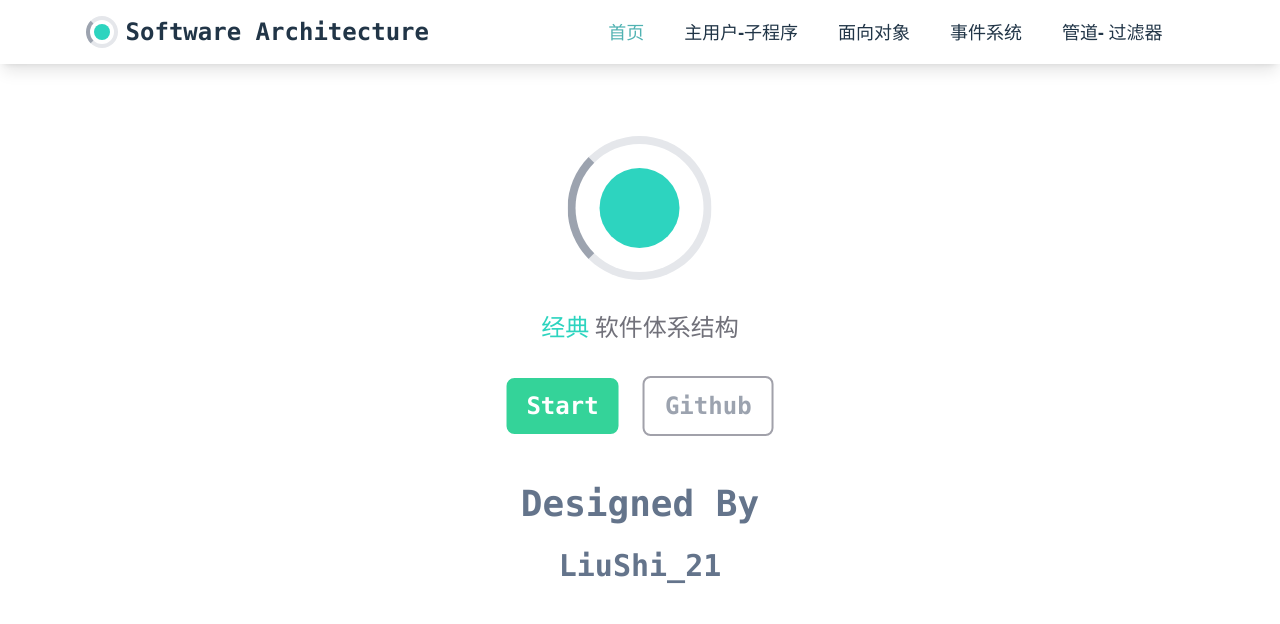
Repository: MarchRory/software_architecture_lab2
Page: / (app in lab2/)
These files come from the project's save history. The page is drawn as it stood at one moment and after the next save; the edit follows.
The browser window is 1280 px wide. The pictures show the whole page.
The project was rebuilt for these pictures with package versions that can differ from the ones it lists, and the page was loaded fresh each time. Also part of the build but not shown: lab2/vite.config.ts. Imported but missing from the stored project, and not drawn on this page: lab2/src/views/OOP/index.vue, lab2/src/views/PipFilter/index.vue, lab2/src/views/eventsSys/index.vue, lab2/src/views/mainChild/index.vue.

Above is the page before, as saved 2023-11-17 21:46:27.

### lab2/index.html
<!Doctype html>
<html lang="en">
  <head>
    <meta charset="UTF-8" />
    <link rel="icon" type="image/svg+xml" href="/vite.svg" />
    <meta name="viewport" content="width=device-width, initial-scale=1.0" />
    <title>经典软件体系结构</title>
  </head>
  <body>
    <div id="app"></div>
    <script type="module" src="/src/main.ts"></script>
  </body>
</html>

### lab2/src/main.ts
import { createApp } from 'vue'
import './style.css'
import './style/index.css'
import hljs from 'highlight.js/lib/core'
import 'highlight.js/styles/androidstudio.css'
import java from 'highlight.js/lib/languages/java'
import router from '@/router/index'
import pinia from '@/store/index'
import App from './App.vue'
import "tailwindcss/tailwind.css"
const vueApp = createApp(App)
hljs.registerLanguage('java', java)
// 高亮指令
vueApp.directive('highlight', (el) => {
    const blocks = el.querySelectorAll('pre code')
    blocks.forEach((block: any) => {
        hljs.highlightElement(block)
    })
})
vueApp.use(router).use(pinia).mount('#app')

### lab2/src/style.css
:root {
  font-family: Inter, system-ui, Avenir, Helvetica, Arial, sans-serif;
  line-height: 1.5;
  font-weight: 400;

  color-scheme: light dark;
  color: rgba(255, 255, 255, 0.87);
  background-color: #242424;

  font-synthesis: none;
  text-rendering: optimizeLegibility;
  -webkit-font-smoothing: antialiased;
  -moz-osx-font-smoothing: grayscale;
  -webkit-text-size-adjust: 100%;
}

a {
  font-weight: 500;
  color: #646cff;
  text-decoration: inherit;
}
a:hover {
  color: #535bf2;
}

body {
  margin: 0;
  display: flex;
  place-items: center;
  min-width: 320px;
  min-height: 100vh;
}

@media (prefers-color-scheme: light) {
  :root {
    color: #213547;
    background-color: #ffffff;
  }
  a:hover {
    color: #747bff;
  }
  button {
    background-color: #f9f9f9;
  }
}

### lab2/src/router/index.ts
import { createRouter, createWebHashHistory, RouteRecordRaw } from "vue-router";
export const routes: Array<RouteRecordRaw> = [
    {
        path: '/',
        name: 'hello',
        meta: {
            tabName: '主页'
        },
        component: () => import('@/layout/index.vue'),
        redirect: '/home',
        children: [
            {
                path: '/home',
                name: 'home',
                component: () => import('@/views/hello/index.vue'),
                meta: {
                    title: '首页'
                }
            }, {
                path: '/mainChild',
                name: 'mainChild',
                component: () => import('@/views/mainChild/index.vue'),
                meta: {
                    title: '主用户-子程序'
                }
            }, {
                path: '/OOP',
                name: "OOP",
                component: () => import('@/views/OOP/index.vue'),
                meta: {
                    title: '面向对象'
                }
            }, {
                path: '/eventSys',
                name: "eventSys",
                component: () => import("@/views/eventsSys/index.vue"),
                meta: {
                    title: '事件系统'
                }
            }, {
                path: '/pipFilter',
                name: "pipFilter",
                component: () => import('@/views/PipFilter/index.vue'),
                meta: {
                    title: "管道- 过滤器"
                }
            }
        ]
    },
]

const router = createRouter({
    history: createWebHashHistory(),
    routes
})

export default router

### lab2/src/store/index.ts
import { createPinia } from 'pinia';

const stores = createPinia();

export default stores;

### lab2/src/App.vue
<script setup lang="ts">
	import { defineAsyncComponent } from 'vue';
	import { useRouter } from 'vue-router';
	const router = useRouter();
</script>

<template>
	<div id="app">
		<router-view></router-view>
	</div>
</template>

<style>
	#app {
		width: 100vw;
		height: 100vh;
	}

	::-webkit-scrollbar {
		width: 8px;
	}

	::-webkit-scrollbar-thumb {
		background-color: rgb(69, 199, 202);
		border-radius: 15px;
	}

	::-moz-scrollbar {
		width: 8px;
	}

	::-moz-scrollbar-thumb {
		background-color: rgb(69, 199, 202);
	}
</style>

### lab2/src/layout/index.vue
<script setup lang="ts">
	import { defineAsyncComponent } from 'vue';
	const Navbar = defineAsyncComponent(() => import('./navbar.vue'));
	const APPMain = defineAsyncComponent(() => import('./Main.vue'));
</script>

<template>
	<div class="flex flex-col items-center w-full h-full">
		<Navbar />
		<APPMain class="flex-1" />
	</div>
</template>

### lab2/src/views/hello/index.vue
<script setup lang="ts">
	import { useRouter } from 'vue-router';
	const router = useRouter();
	function enterPage() {
		router.push({
			path: '/mainChild',
		});
	}
</script>

<template>
	<div
		style="position: absolute; left: 50%; top: 50%; transform: translate(-50%, -50%)"
		class="flex flex-col items-center justify-around h-fit"
	>
		<div
			class="flex items-center justify-center mb-8 border-8 rounded-full w-36 h-36 border-l-gray-400"
		>
			<div class="w-20 h-20 bg-teal-400 rounded-full"></div>
		</div>
		<div class="mb-8 space-x-2 text-2xl font-bold text-zinc-500">
			<span class="text-teal-400">经典</span>
			软件体系结构
		</div>
		<div class="flex items-center justify-between" style="width: 110%">
			<div
				@click="enterPage"
				class="flex items-center justify-center px-5 py-3 font-mono text-2xl font-bold text-white rounded-lg hover:cursor-pointer bg-emerald-400"
			>
				Start
			</div>
			<a
				href="https://github.com/MarchRory"
				target="_blank"
				class="flex items-center justify-center px-5 py-3 font-mono text-2xl font-bold text-gray-400 border-2 rounded-lg hover:cursor-pointer border-zinc-400"
			>
				Github
			</a>
		</div>

		<div class="flex flex-col justify-center mt-12 font-mono font-bold w-fit text-slate-500">
			<div class="text-4xl">Designed By</div>
			<br />
			<div style="margin: 0 auto" class="text-3xl">LiuShi_21</div>
		</div>
	</div>
</template>

<style scoped></style>

### lab2/src/layout/navbar.vue
<script setup lang="ts">
	import { useRouter, useRoute, RouteRecordRaw } from 'vue-router';
	import { routes } from '@/router';
	import { ref } from 'vue';
	const router = useRouter();
	const route = useRoute();
	const Navlist = ref();
	function initNav() {
		Navlist.value = routes[0].children?.map((route: RouteRecordRaw) => {
			return {
				path: route.path,
				title: route?.meta.title,
			};
		});
	}
	initNav();
	function switchTab(path: string) {
		router.push({
			path: path,
		});
	}
</script>

<template>
	<div class="flex items-center justify-around w-full h-16 shadow-lg">
		<ul class="flex items-center justify-start list-none">
			<li class="flex items-center justify-center w-8 h-8 border-4 rounded-full border-l-gray-400">
				<div class="w-4 h-4 bg-teal-400 rounded-full"></div>
			</li>
			<li class="font-mono text-2xl navFont">Software Architecture</li>
		</ul>
		<ul class="flex min-w-fit">
			<li
				@click="switchTab(navItem.path)"
				class="mr-8 font-sans text-lg transition-all navFont hover:cursor-pointer"
				:class="[route.path == navItem.path ? 'active' : '']"
				v-for="(navItem, index) in Navlist"
				:key="index"
			>
				{{ navItem.title }}
			</li>
		</ul>
	</div>
</template>

<style scoped>
	.navFont {
		@apply ml-2 font-bold;
	}
	.active {
		color: rgb(80, 178, 178);
	}
	/* 	.active::before {
		display: block;
		content: '';
		position: absolute;
		width: 12px;
		height: 12px;
		border-radius: 50%;
		background-color: rgb(80, 178, 178);
		transform: translate(100%, 50%);
	} */
</style>

### lab2/src/layout/Main.vue
<script setup lang="ts">
	import { nextTick, ref, watch } from 'vue';
	import { useScrollStore } from '@/store/modules/scroll/index';
	import { useScroll } from '@/hooks/useScroll';
	import router from '@/router';
	const scrollStore = useScrollStore();
	scrollStore.init();
	const main = ref<HTMLDivElement>();
	const { pageScroll } = useScroll();
	router.beforeEach((to, from, next) => {
		pageScroll.value = 0;
		if (main.value) {
			scrollStore.update(from.fullPath, main.value.scrollTop);
			next();
		}
	});
	router.afterEach((to, from) => {
		nextTick(() => {
			if (main.value) {
				main.value.scrollTop = scrollStore.useScroll(to.fullPath) as number;
			}
		});
	});
	watch(
		() => pageScroll.value,
		(newV) => {
			let scrollTopTo = newV;
			if (main.value)
				main.value.scrollTo({ top: scrollTopTo > 0 ? scrollTopTo : 0, behavior: 'smooth' });
		},
	);
</script>

<template>
	<div class="w-full h-auto px-56 pt-4 overflow-auto" ref="main">
		<router-view v-slot="{ Component }">
			<keep-alive>
				<component :is="Component" />
			</keep-alive>
		</router-view>
	</div>
</template>

### lab2/src/store/modules/scroll/index.ts
import { defineStore } from "pinia";
import { routes } from "@/router";
import { RouteRecordRaw } from "vue-router";
interface ScrollType {
    scrollMap: Map<string, number>
}
export const useScrollStore = defineStore('useScrollStore', {
    state: (): ScrollType => {
        return {
            scrollMap: new Map()
        }
    },
    actions: {
        init(): void {
            const paths = routes[0].children?.map((route: RouteRecordRaw) => {
                return {
                    path: route.path,
                };
            });
            paths?.forEach((item, index) => {
                this.scrollMap.set(item.path, 0)
            })
        },
        update(routePath: string, scrollTop: number): void {
            this.scrollMap.set(routePath, scrollTop)
        },
        useScroll(routePath: string): number | undefined {
            return this.scrollMap.get(routePath)
        }
    }
})

### lab2/src/hooks/useScroll.ts

import { ComponentInternalInstance, getCurrentInstance, ref } from 'vue'
const pageScroll = ref(0)
export const useScroll = () => {
    return {
        pageScroll
    }
}

Loaded but not shown: lab2/src/style/index.css (common file); lab2/tailwind.config.js (common file)

After the next save:
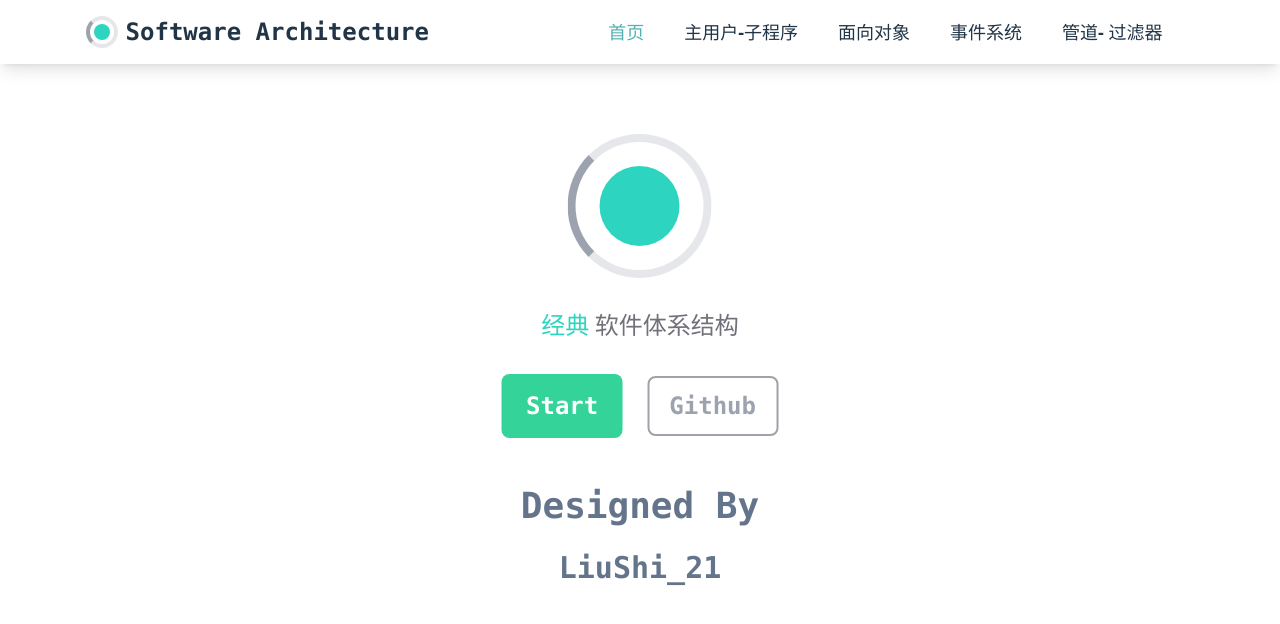
Saved 4 s later.
--- a/lab2/src/views/hello/index.vue
+++ b/lab2/src/views/hello/index.vue
@@ -25,7 +25,7 @@
 		<div class="flex items-center justify-between" style="width: 110%">
 			<div
 				@click="enterPage"
-				class="flex items-center justify-center px-5 py-3 font-mono text-2xl font-bold text-white rounded-lg hover:cursor-pointer bg-emerald-400"
+				class="flex items-center justify-center px-6 py-4 font-mono text-2xl font-bold text-white rounded-lg hover:cursor-pointer bg-emerald-400"
 			>
 				Start
 			</div>
